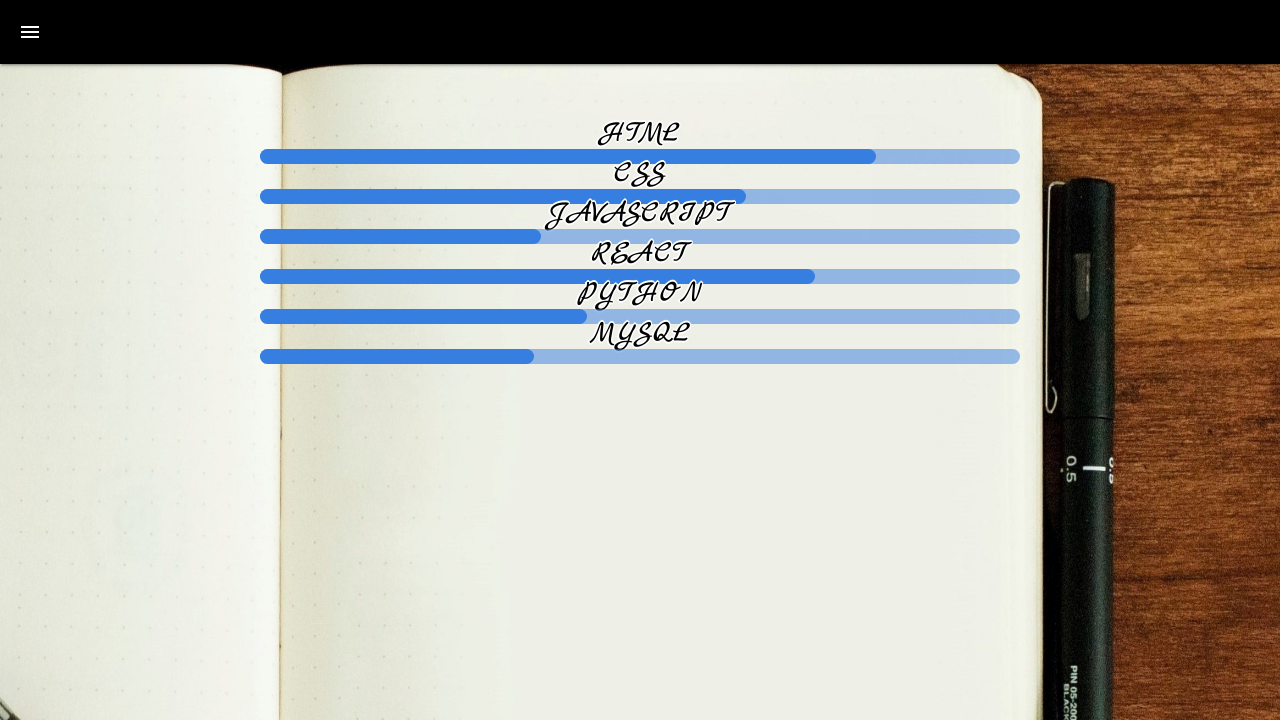
Repository: Ajtheult/portfolio.v3
Page: /skills
An editor plug-in stored every save of this project. The page is shown before and after a run of saves, followed by the edit.
The browser window is 1280 px wide. The pictures show the whole page.
Some web fonts or font styles are not loaded; a fallback is used. The project was rebuilt for these pictures with package versions that can differ from the ones it lists, and the page was loaded fresh each time. Also part of the build but not shown: src/components/layout/pages/Home.js, src/components/layout/pages/MyWork.js, src/components/layout/pages/Testimonials.js.

Above is the page before, as saved 2020-07-19 22:03:14.

After the next 2 saves:
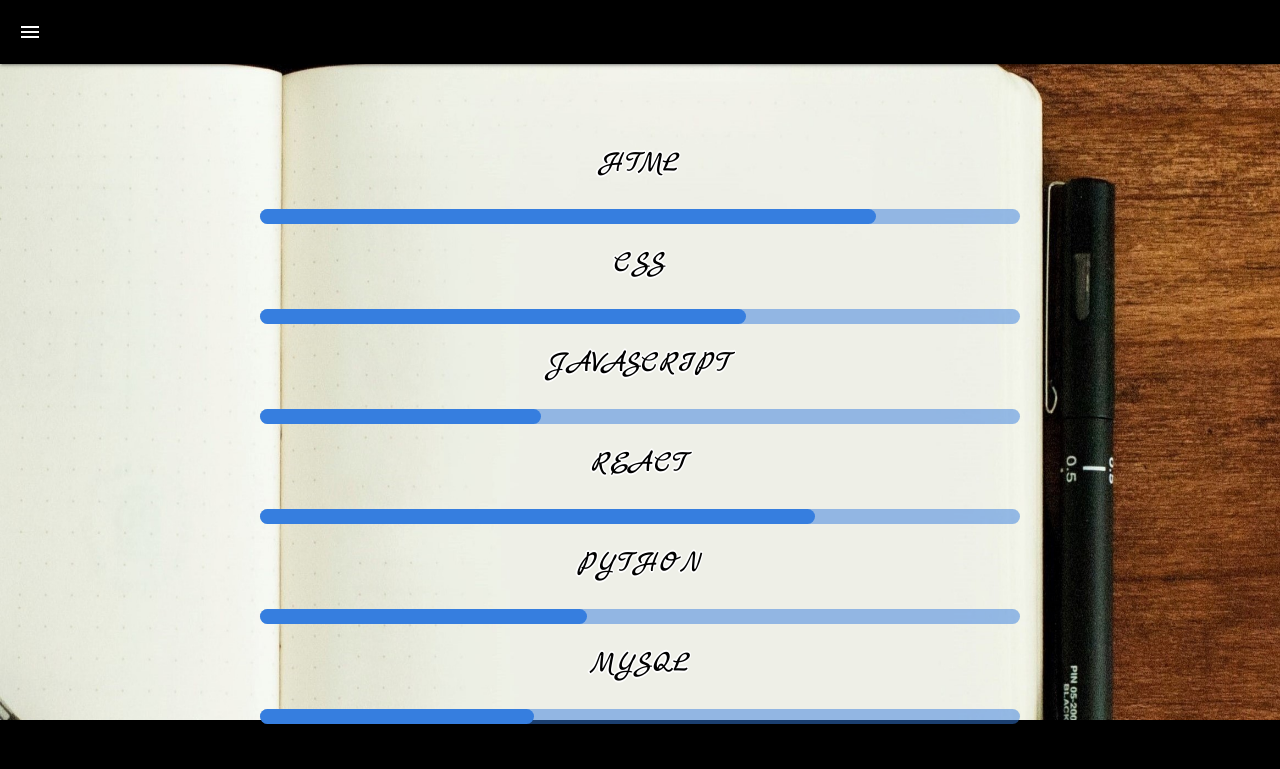
The 2 saves are shown as one change because they came seconds apart.
The last was saved 8 s later.
--- a/src/App.css
+++ b/src/App.css
@@ -319,5 +319,5 @@ div.admin-bg {
   width: 800px;
   margin: 50px auto 0;
   padding: 20px;
-  line-height: 10px;
-}
+  line-height: 70px;
+}
